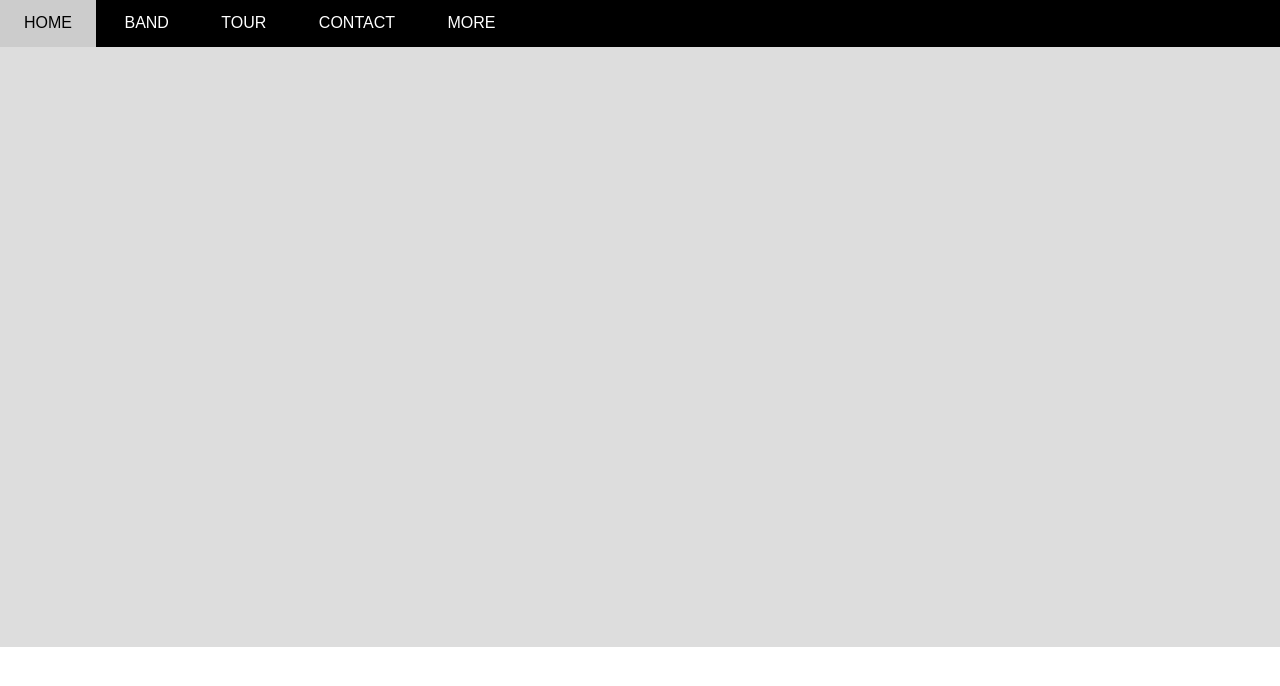
Repository: thanhsonnguyen-gif/f8-learn
Page: index.html
These files come from the project's save history. The page is drawn as it stood at one moment and after the next save; the edit follows.
The browser window is 1280 px wide. The pictures show the whole page.

Above is the page before, as saved 2022-06-23 12:11:23.

### index.html
<!DOCTYPE html>
<html lang="en">
<head>
    <meta charset="UTF-8">
    <meta http-equiv="X-UA-Compatible" content="IE=edge">
    <meta name="viewport" content="width=device-width, initial-scale=1.0">
    <title>Document</title>
    <link rel="stylesheet" href="./assets/css/style.css">
</head>
<body>
    <div id="main">
        <div id="header">
            <ul id="nav">
                <li><a href="">HOME</a></li>
                <li><a href="">BAND</a></li>
                <li><a href="">TOUR</a></li>
                <li><a href="">CONTACT</a></li>
                <li>
                    <a title="more" href="#">More</a>
                    <ul class="subnav">
                        <li><a href="">Merchandise</a></li>
                        <li><a href="">Extras</a></li>
                        <li><a href="">Media</a></li>
                    </ul>
                </li>
            </ul>
        </div>
        <div id="slide">

        </div>
        <div id="content">

        </div>
        <div id="footer">

        </div>
    </div>
</body>
</html>

### assets/css/style.css
*{
    padding: 0;
    margin: 0;
    box-sizing: border-box;
}

#main {
    font-family: Arial, Helvetica, sans-serif;
}

#header {
background-color: #000;
height: 46.5px;
color: #fff;
}

#nav ul{
    list-style-type: none;
}

#nav > li {
    display: inline-block;
    position: relative;
}

#nav > li > a {
    line-height: 46.5px;
    padding:0 24px;
    text-decoration: none;
    color: #fff;
    display: block;
    text-transform: uppercase;
}

#nav > li:hover > a {
    background-color: #ccc;
    color: #000;
}

#nav > li:hover .subnav {
    display: block;
}

#nav .subnav {
    position: absolute;
    display: none;
    box-shadow: 0 0 5px rgba(0, 0, 0, 0.4);
    background-color: #fff;
    min-width: 160px;
}

#nav .subnav > li > a{
    line-height: 38.5px;
    padding:0 16px;
    text-decoration: none;
    color: #000;
    display: block;
}

#nav .subnav > li:hover > a{
    background-color: #ccc;
}

#slide {
background-color: #ddd;
min-height: 600px;
}

#content {

}

#footer {

}

After the next save:
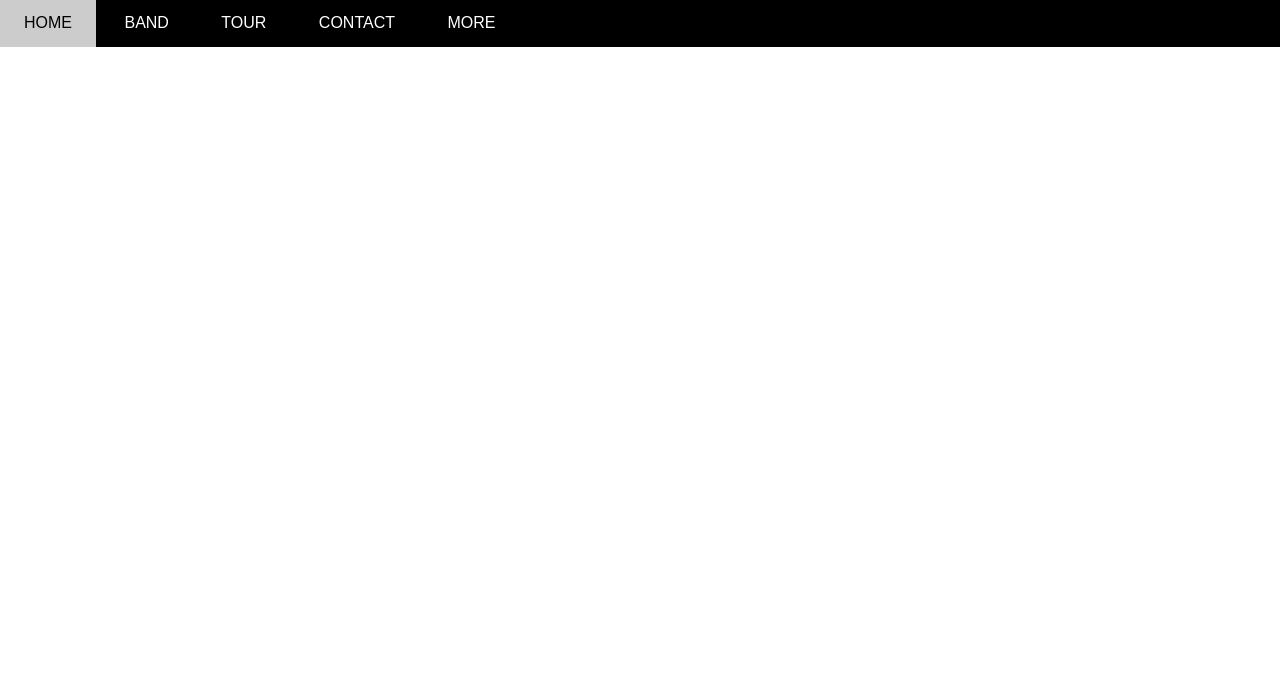
Saved 1 s later.
--- a/assets/css/style.css
+++ b/assets/css/style.css
@@ -62,8 +62,6 @@
 }
 
 #slide {
-background-color: #ddd;
-min-height: 600px;
 }
 
 #content {
